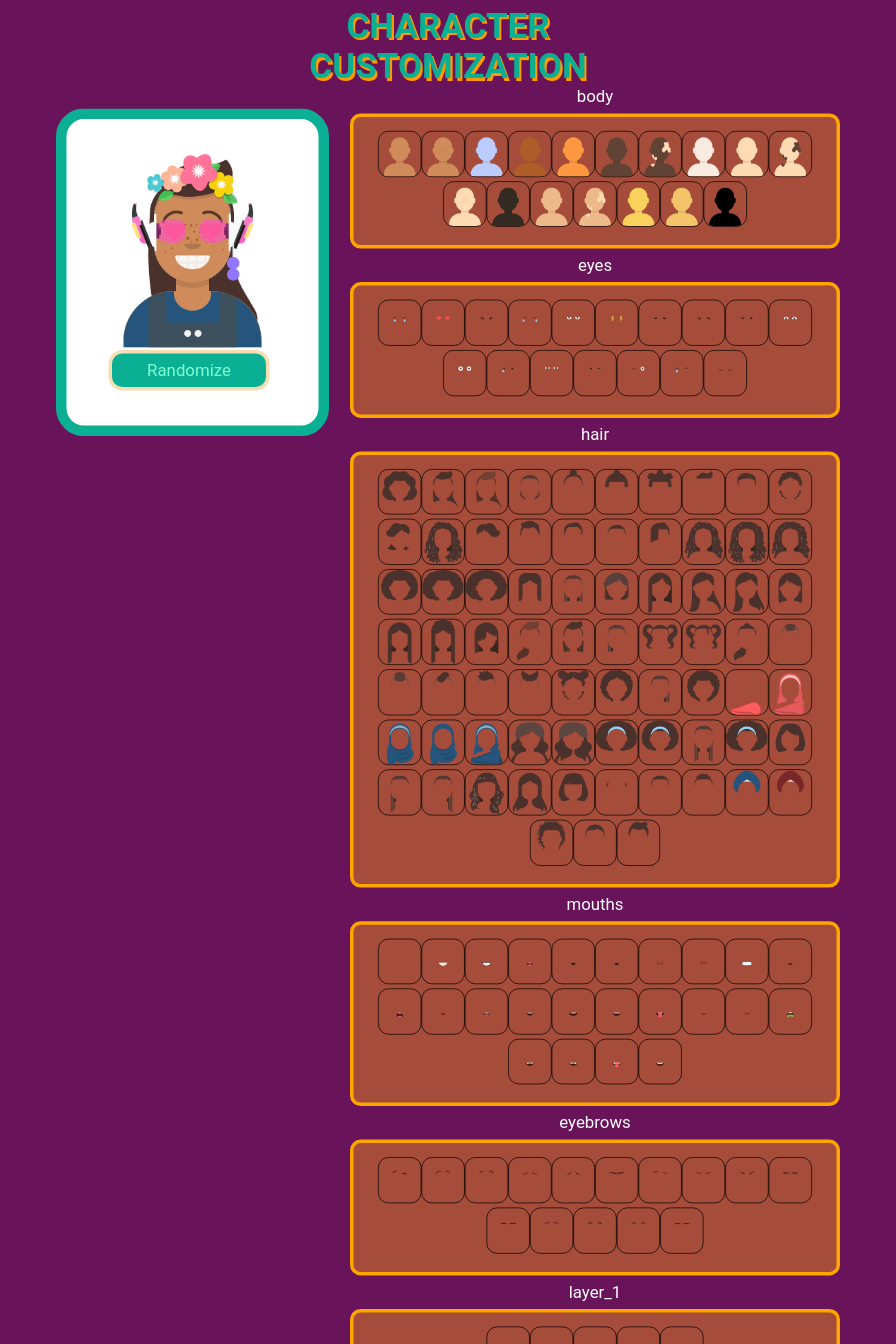
Repository: Kamaric112/react_clothing
Page: /
The author's editor kept a copy of each file at every save. The page is drawn from the files as they stood at one save, then again after the next save.
The browser window is 1280 px wide. The pictures show the part of the page from y = 0 to 1920 px (the page is 3287 px tall), at 70% of full size.
The pointer rests on the first visible `.avatar-wrapper button`.
The project was rebuilt for these pictures with package versions that can differ from the ones it lists, and the page was loaded fresh each time.

Above is the page before, as saved 2022-08-29 21:10:18.

After the next save:
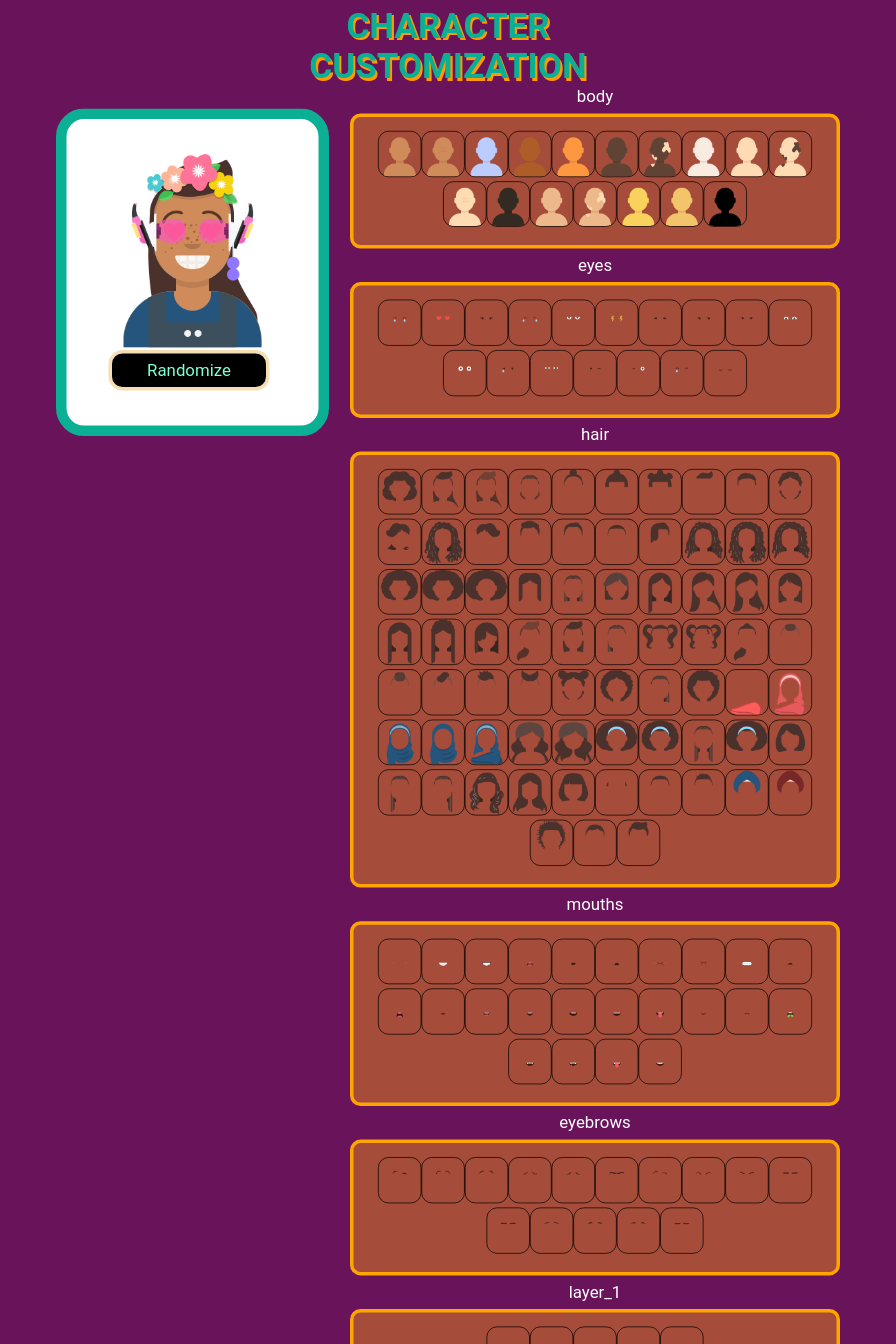
Saved 15 s later.
--- a/src/components/App.css
+++ b/src/components/App.css
@@ -67,7 +67,7 @@ body {
 }
 .avatar-wrapper button:hover {
   cursor: pointer;
-  background-color: #0baf94;
+  background-color: black;
 }
 
 .list-section {
